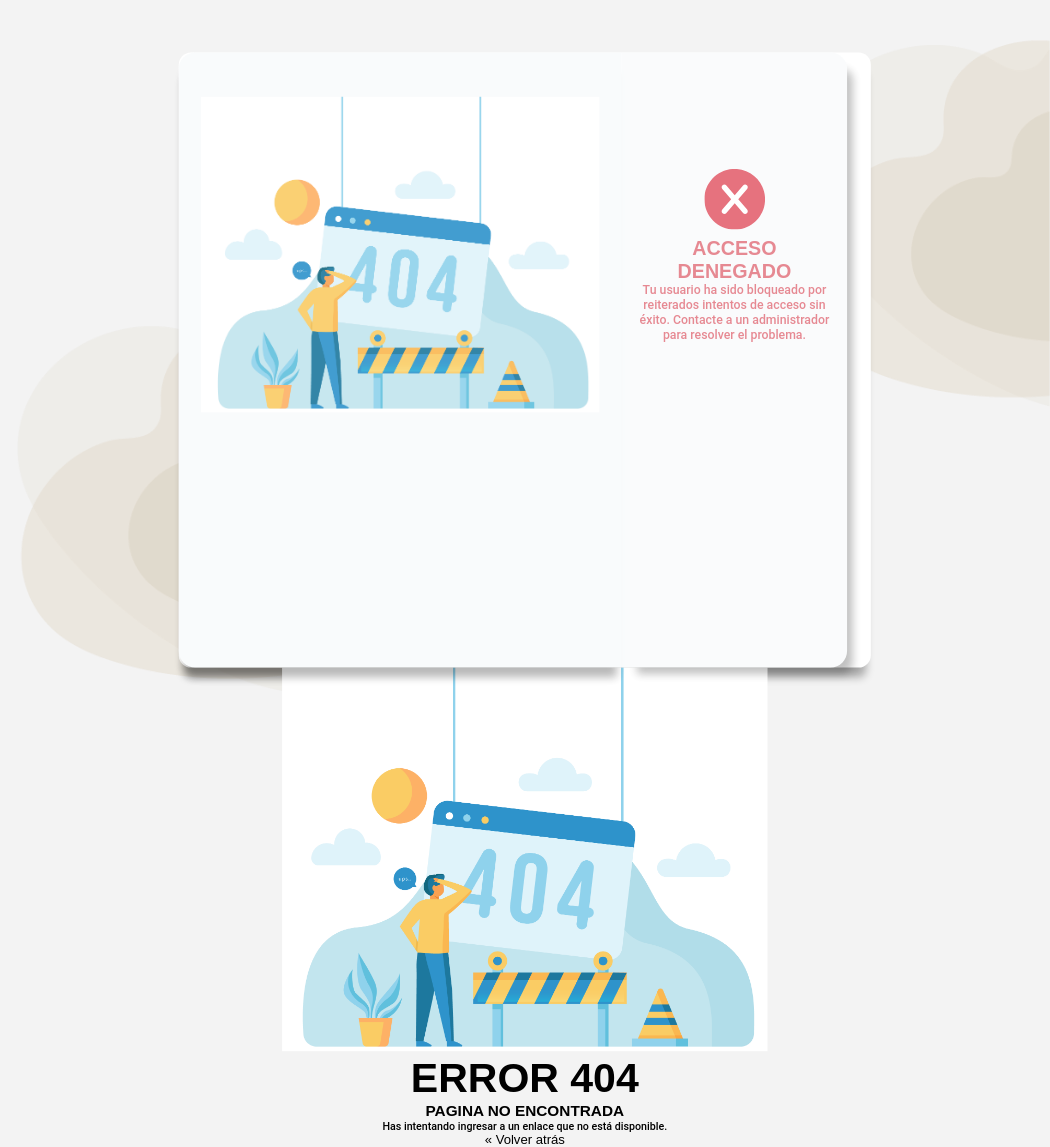
Repository: AlejandraBarrachina23/TPIntegrador_Barrachina_Java
Page: http://localhost/Alejandra_Barrachina_TP_Integrador1/error404.jsp
These files come from the project's save history. The page is drawn as it stood at one moment and after a run of saves; the edit follows.
The browser window is 1280 px wide. The pictures show the whole page, at 82% of full size.
Some web libraries are served in a nearby version. The page is served by Tomcat 9. Nobody is signed in. The application's start-up code is not run. Other server files are loaded and not shown.

Above is the page before, as saved 2019-12-19 12:53:08.

### Alejandra_Barrachina_TP_Integrador1/WebContent/error404.jsp

<%@ page language="java" contentType="text/html; charset=ISO-8859-1"
    pageEncoding="ISO-8859-1"%>
<!DOCTYPE html>
<html>
<head>
<meta charset="ISO-8859-1">

<script src="https://kit.fontawesome.com/735f5623c2.js"></script>
<link href="estilos.css" type="text/css" rel=stylesheet>
</head>
<body>

	<form id="form-login" method="post" action="index.jsp">
	<div id="form-login-left">
			<img src="img/fondo-error.png" alt="fondo-universidad">
		</div>
		<div id="form-login-right">
			<div id="login-informacion">
					<div id="form-advertencia">
						<img src="img/cancel.svg" alt="icono-advertencia" class="icono-advertencia">
						<h2>ACCESO DENEGADO</h2>
						<p>Tu usuario ha sido bloqueado por reiterados intentos de acceso sin éxito. Contacte a un administrador para resolver el problema.</p>
					</div>
			</div>
		</div>
	</form>


<div id="error-404">
		<img src="img/fondo-error.png" alt="icono-advertencia" class="">
		<h2>ERROR 404</h2>
		<h3>PAGINA NO ENCONTRADA</h3>
		<p>Has intentando ingresar a un enlace que no está disponible.</p>
		<a href="javascript:window.history.back();">&laquo; Volver atrás</a>
</div>

<script>
</script>
</body>
</html>

### Alejandra_Barrachina_TP_Integrador1/WebContent/estilos.css
@charset "ISO-8859-1";


* {
	padding:0px;
	margin:0px;
	border:0px;
}

body {
		background-color:#f3f3f3;
		background-image: url(iconos/fondo.png);
		background-repeat: no-repeat;
 		background-size: cover;


}

html,body{

margin:0px;

}


/*=============================================================
      FORMULARIO LOGIN
 ============================================================== */

 #error-404 {

 	background-color:#fff;
 	width:65;
 	height:750px;;
 	margin	: 5% 17%;
 	box-shadow: 0px 18px 10px -6px rgba(0,0,0,0.31);
 	text-align:center;
 	font-family: 'Francois One', sans-serif;
 	border-radius: 15px;

 }

 #error-404 a{

	color:black;

 }

  #error-404 img {

  width:70%;

  }

  #error-404 h2 {

  font-size:50px;
  }


 #login-avisos {

  	color:red;
  	margin-left:25%;
  	font-size:12px;
  }

 #recuperacion-aviso{
   	color:red;
  	margin-left:25%;
  	font-size:12px;
 }

 #form-login {

	width:65%;
 	margin	: 5% 17%;

}

#form-login-right, #form-login-left {


	height:750px;
	float:left;
	background-color:#F9FBFC;

}

#form-login-left {

	width:65%;
	border-top-left-radius: 20px;
	border-bottom-left-radius: 20px;
	box-shadow: 0px 18px 10px -6px rgba(0,0,0,0.31);
	opacity:0.9;
}

#form-login-left img {

	width:90%;
	padding	: 10% 5%;

}

#form-login-right {

	width:33%;
	border-top-right-radius: 20px;
	border-bottom-right-radius: 20px;
	box-shadow: 13px 14px 10px -6px rgba(0,0,0,0.31);
	opacity:0.8;

}


h1 {

		font-size:50px;
		font-family: 'Bebas Neue', cursive;
		color:#2C5060;
		margin-top:30%;
		text-align:center;
}

p, #form-login-right a {

	font-family: 'Roboto', sans-serif;
	font-weight: 500;
	font-size: 13px;
	color:black;
	text-align:center;
}

.text-box {

	border-bottom: 1px solid black;
	width:250px;
	text-align: center;
	margin-left:12%;
}

.text-box i {

	float:left;
	color: #2C5060;
	padding:7px;
}

#form-login-right [type="text"], #form-login-right [type="password"]{

	padding:5px;
	width:180px;
	border:none;
	outline:none;
	background-color:#FAFCFD;
	font-family: 'Oswald', sans-serif;

}

.main-button {

	background-color: #2C5060;
	color:white;
	width:35%;
	font-size:15px;
	border-style:none;
	padding:5px;
	border-radius: 15px;
	border: 0px solid #000000;
	box-shadow: 10px 10px 25px -13px rgba(0,0,0,0.75);
	font-family: 'Oswald', sans-serif;
	margin-left: 50%;

}

.main-button:hover {

	background-color: #1a6373;
}

.iconos-redes {

	width:5%;

}


#login-informacion {

	width:90%;
	padding:5%;

}


#login-informacion a{

	font-family: 'Oswald', sans-serif;
	font-size:15px;
	margin-left:48%;
}

#login-contacto{

	margin-top:50%;
	text-align:center;
}


#login-contacto p {

	font-size:18px;
	font-family: 'Oswald', sans-serif;

}

#login-recuperacion{

	padding-top:20%;
	text-align:center;

}

.restart-button{

	background-color: #2C5060;
	color:white;
	width:35%;
	font-size:15px;
	border-style:none;
	padding:5px;
	border-radius: 15px;
	border: 0px solid #000000;
	box-shadow: 10px 10px 25px -13px rgba(0,0,0,0.75);
	font-family: 'Oswald', sans-serif;

}

#form-advertencia {

	width:100%;
	text-align:center;
	margin-top:50%;
	color:#E16C78;
	font-family: 'Oswald', sans-serif;

}

.icono-advertencia{

	margin-top:15%;
	padding:2%;
	width:30%;
	margin: 0 auto;

}

#form-advertencia p {

	color:#E16C78;
	font-size: 15px;
}

.blue{

	color:#30A9E3;
}


 /*=======================
      FORMULARIO INDEX
 ========================= */

 .section-principal{

	float:left;
	height: 100vh;
	width:90%;
	background-color:#f3f3f3;
	color:black;
	text-align:center;
	margin-left:10%;
}

.section-principal select {

	font-family: 'Oswald', sans-serif;
	border:1px solid black;
	margin:5px;
	padding:2px;
	color:black;
}

.section-principal input{

	width:15%;
	padding:5px;
	border:1px solid black;
	font-family: 'Oswald', sans-serif;
}

.section-principal label{

	font-size:18px;
	font-family: 'Oswald', sans-serif;

}

.section-principal a{

	color:black;

}


nav {

	background-color:#2C5060;
	font-family: 'Francois One', sans-serif;
	width:10%;
	height: 100vh;
	font-size:15px;
	float:left;
	position:fixed;

}

 ul {

	list-sytle: none;
	width:100%;
}

a {

	text-decoration:none;
	color:white;

}

li:hover {

	border-left: solid 4px #2896BC;
	background-color: #2F5866;
	transition: background-color 0.3s;
	transition: border 0.3s;

}

ul li {

	border-left: solid 4px #2C5060;
	font-family: 'Oswald', sans-serif;
	padding:15px;
	border-bottom: 1px solid #2D5C6D;


}

.icon{

	width:13%;
	padding-right:5px;

}


#icon-usuario{

	width:40%;
}

li .icon{

	float:left;

}


#user {

	width:100%;
	margin-top:40%;
	text-align:center;
	padding: 10% 0%;
	border-bottom: 1px solid #2D5C6D;

}

#user h2{

	color:#fff;

}

#user p, #header-user p {

	font-size:15px;
	color:#fff;
	padding:8px;
	font-family: 'Oswald', sans-serif;
}

 /*=======================
      FORMULARIO ALUMNOS
 ========================= */


#logo{

	width:30%;
	height:150px;
	border-bottom: 1px solid white;
	color:white;
	text-align:center;
	margin-top:30px;
}

#alumnos-principal {

	background-color:#fff;
	width:83%;
	margin-left: 200px;
	height:300px;
	box-shadow: 10px 10px 25px -13px rgba(0,0,0,0.75);

}

#form-agregar-usuario {

	background-color: white;
	width:95%;
	height:200px;
	margin:20px;
	padding:10px;
	box-shadow: 10px 10px 25px -13px rgba(0,0,0,0.75);
	display: none;


}

#form-listado-alumnos,#form-cursos,#form-listado-calificaciones {

	background-color: white;
	width:97%;
	height: 100vh;
	margin:20px;
	padding:10px;
	box-shadow: 10px 10px 25px -13px rgba(0,0,0,0.75);

}

#form-cursos{

	background-color:#f3f3f3;
	box-shadow: none;
}

#btn-flecha {

	background-image: url("iconos/flecha.png");
	background-repeat: no-repeat;
	width:25px;
	height:25px;
	background-color:#2C5060;
	border: 0;
	float:right;

}

.dato {

	float:left;
	margin: 10px;
	width:23%;


}

.dato input {

		width: 200px;
		background: #f3f3f3;
		font: inherit;
		box-shadow: 0 6px 10px 0 rgba(0, 0, 0 , .1);
		border: 0;
		outline: 0;
		padding: 8px;

}

.encabezados {

	background-color:#2C5060;
	color:white;
	padding:10px;
	margin:10px;
	font-family: 'Oswald', sans-serif;

}



h3 {

	display:inline;

}

label {

	color:#2C5060;
	font-family: 'Open Sans', sans-serif;
	font-weight: 600;
	font-size: 10px;
}

.flecha {

	float:right;
}

.content-table{

	border-collapse:collapse;
	margin:20px 10px;
	font-size:0.9em;
	width:99%;
	min-width:600px;
	box-shadow: 7px 9px 23px -13px rgba(0,0,0,0.93);
	font-family: 'Roboto', sans-serif;

}

.content-table-cursos{

	border-collapse:collapse;
	margin:20px 10px;
	font-size:0.9em;
	width:50%;
	min-width:600px;
	box-shadow: 7px 9px 23px -13px rgba(0,0,0,0.93);
	font-family: 'Roboto', sans-serif;
}

.content-table th, .content-table-cursos {

	background-color:#2C5060;
	color:white;
	font-weight: 600;
	padding:12px;



}

.content-table tr,
.content-table td {

	padding:5px 5px;

}

.content-table td {

	border-bottom: 1px solid #dddddd;

}

.content-table tr:nth-of-type(even) {

	background-color:#f3f3f3;

}

.content-table tr:last-of-type {

	border-bottom: 3px solid #2C5060;

}

.content-table-cursos .content-fileter{

	width:50%;

}

.content-filter {

	background-color:#f3f3f3;
	width:100%;
	text-align:center;
	padding:10px;


}

.pie-pagina{

	float:left;
	margin-top:20px;
	text-align:right;
	width:100%;
}

 /*=======================
      FORMULARIO ALUMNOS
 ========================= */

#section-index{

	float:left;
	height: 100vh;
	width:100%;
	margin:1px 1px;
	text-align:center;


}

#index-encabezado{

	background-color:#2C5060;
	text-align:center;
	height:295px;
	width:100%;

}

#section-index img {

	width:50%;

}

#index-descripcion {

	box-shadow: 10px 10px 25px -13px rgba(0,0,0,0.75);
	font-family: 'Roboto', sans-serif;
	background-color:#fff;
}


#index-descripcion-encabezado{

	text-align:center;
	background-color:#fff;

}

#index-descripcion-encabezado img{

	width:50%;

}

#index-descripcion-encabezado h2{

	font-size:50px;
	font-family: 'Francois One', sans-serif;
	color:#2C5060;

}

#index-descripcion-encabezado p{

	font-size:15px;
	font-family: 'Francois One', sans-serif;
	color:#2C5060;

}

#index-descripcion-contenido{

	text-align:center;
	height:300px;
	margin-top:30px;
	padding-left:220px;
}

#index-descripcion-contenido-profesores{


	height:430px;
	width:100%;


}

#index-descripcion-contenido-profesores .index-item-descripcion{

	width:18%;
	height:300px;
	float:left;
	margin-left:40%;

}

.index-item-descripcion {

	width:18%;
	height:300px;
	float:left;
	margin:30px;

}

.index-item-descripcion img {

	width:40%;
	padding:0% 20%;
	margin:0% 5%;
}

.index-item-descripcion h3 {

	font-size:25px;
	font-family: 'Oswald', sans-serif;

}

.index-item-descripcion p {

	font-size:15px;

}

.btn-index {

	padding:10px;
	margin:10px 38px;
	background-color: #2C5060;
	font-family: 'Oswald', sans-serif;
	font-size:20px;
	color:#fff;
	width:60%;
	box-shadow: 10px 10px 25px -13px rgba(0,0,0,0.75);
	float:left;
	text-align:center;

}

.modal-fondo-accion {

	background: rgba(0,0,0,0.3);
	position:fixed;
	top:0;
	bottom:0;
	left:0;
	right:0;
	display:flex;
	align-items:center;
	justify-content:center;
	font-family: 'Francois One', sans-serif;
	visibility:hidden;
}

.modal-contenido-accion{

	background-color:#fff;
	box-shadow: 10px 10px 25px -13px rgba(0,0,0,0.75);
	width:15%;
	border-radius: 8px;
	padding-bottom: 15px;

}

#modal-fondo-accion .active{

	visibility:visible;
}


.accion-arriba{

	background-color: #3FC59D;
	padding:5% 0;
	width:100%;
}

.accion-abajo{

	background-color: #fff;
	padding:5% 0;
	width:100%;

}

.btn-accion-cerrar{

	background-color:blue;
	padding:2%;
	margin:3%;
	color:white;
}

.modal-contenido-accion img {

	width:25%;

}

.modal-fondo {

	background: rgba(0,0,0,0.3);
	position:fixed;
	top:0;
	bottom:0;
	left:0;
	right:0;
	display:flex;
	align-items:center;
	justify-content:center;
	visibility:hidden;

}

.modal-fondo.active{

	visibility:visible;
}

.modal-contenido {

	background-color:#fff;
	box-shadow: 10px 10px 25px -13px rgba(0,0,0,0.75);
	width:20%;
	border: 3px solid #2C5060;
	padding-bottom: 15px;
}

.modal-contenido .btn-modal {

	width:30%;
	color:white;
	background-color: #2C5060;
	font-size:20px;
	padding:5px;
	margin:5px;

}

.modal-contenido a {
	color:#fff;

}

.btn-modal-eliminar{

	width:30%;

	background-color: #2C5060;
	font-size:20px;
	padding:5px 25px;
	font-family: 'Oswald', sans-serif;
	margin:5px;
	border:1px solid black;

}

.modal-contenido [type="text"] {

	width:70%;
	font-size: 13px;
	margin-bottom:15px;

}

.modal-contenido h3 {

	font-size: 20px;
	font-family: 'Oswald', sans-serif;
	background-color:#2C5060;
	display:block;
	color:#fff;
	padding:8px;

}

.modal-contenido label {

	font-size: 15px;
	font-family: 'Roboto', sans-serif;
}

.modal-contenido select, .modal-contenido [type="date"], .modal-contenido [type="email"], .modal-contenido [type="number"] {

	font-family: 'Oswald', sans-serif;
	border:1px solid black;
	margin:5px;
	padding:2px;
	width:74%;
	padding:1%;
	color:black;

}

.modal-contenido [type="date"], .modal-contenido [type="email"], .modal-contenido [type="number"]{

	width:71%;

}

.opciones {

	color:black;
	background-color:#fff;

}

.btnFormulario {

	width:12%;
	padding:10px;
	font-size: 15px;
	font-family: 'Oswald', sans-serif;
	border-radius: 8px;
	background-color:#2C5060;
	color:white;
	float:right;
	border:0;
	margin:8px;
}

td .btn-modificar {

	width:22%;
	height:32px;
	background-image:url(iconos/modificar.png);
	background-repeat: no-repeat;
	border:none;
	background-color:inherit;
}

td .btn-eliminar {

	width:22%;
	height:32px;
	background-image:url(iconos/borrar.png);
	background-repeat: no-repeat;
	border:none;
	background-color:inherit;

}

td .btn-mostrar {

	width:12%;
	height:32px;
	background-color:blue;
	background-image:url(iconos/mostrar.png);
	background-repeat: no-repeat;
	border:none;
	background-color:inherit;
}

td .btn-calificaciones {

	width:12%;
	height:32px;
	background-image:url(iconos/notas.png);
	background-repeat: no-repeat;
	border:none;
	background-color:inherit;
}

/*=============================================================
      FORMULARIO CURSOS
 ============================================================== */

#form-curso-izquierda{

	background-color: #fff;
	width:38%;
	float:left;
	color:black;
	padding-left:5%;
	padding-right:5%;
	padding-bottom:5%;
	box-shadow: 10px 10px 25px -13px rgba(0,0,0,0.75);

}

#form-curso-derecha{

	width:38%;
	float:left;
	box-shadow: 10px 10px 25px -13px rgba(0,0,0,0.75);
	padding:5px 5%;
	margin-left:2%;
	background-color:#fff;

}

#form-curso-izquierda [type="text"], #form-curso-izquierda select{

	padding:5px;
	width:180px;
	background-color:#FAFCFD;
	font-family: 'Roboto', sans-serif;
	font-size: 12px;
	color:black;

}

#form-curso-izquierda label {

	font-size:18px;
	display: block;
	witdh:20px;
}

.form-cursos-encabezado-izquierda{

	background-color: #2C5060;
	width:100%;
	margin: 20px 0px;
	padding:1px;


}

.form-cursos-encabezado-izquierda h2{

	color:white;
	padding:2px;
	font-family: 'Oswald', sans-serif;
}

#form-curso-derecha #listado-alumnos {

	text-align:center;
	width:100%;

}

#form-curso-derecha #listado-alumnos li {

	font-size:15px;
	padding:0;
	width:20%;
	border:none;
	background-color:none;
	margin-left:40%;
	list-style: none;



}

#form-curso-derecha #listado-alumnos li:hover {

	background-color:white;
}

/*=============================================================
      FORMULARIO CALIFICACIONES
 ============================================================== */

.busqueda-califaciones{

	width:98%;
	margin:1%;
	box-shadow: 0px 18px 10px -6px rgba(0,0,0,0.31);
	background-color:#fff;
	padding-bottom:2%;

}

.busqueda-califaciones h2{

	width:99%;
	background-color:blue;
	color:#fff;
	background-color:#2C5060;
	font-family: 'Oswald', sans-serif;
	padding:0.5%;
	margin-bottom:1%;

}

#form-listado-calificaciones h2{

	color:#fff;
	background-color:#2C5060;
	font-family: 'Oswald', sans-serif;
	width:99%;
	padding:0.5%;

}


/*=============================================================
      FORMULARIO REPORTES
 ============================================================== */


#form-reportes{

	background-color: #f3f3f3;
	width:97%;
	height:970px;
	margin:20px;
	padding:10px;

}

#form-reportes-fila-uno{

	width:85%;
	height: 25vh;
	padding-left: 15%;
	overflow:hidden;


}

.fila-uno-items{

	width:15%;
	height:20vh;
	float:left;
	margin:1%;
	box-shadow: 0px 18px 10px -6px rgba(0,0,0,0.31);
	background-color:#fff;
	padding:1%;
	border-radius:10px;

}

.fila-uno-items img {

	width:40%;
	padding:3%;


}

.fila-uno-items h2 {

	font-family: 'Oswald', sans-serif;
	font-size:20px;

}

.fila-uno-items p {

	font-size:25px;
	font-family: 'Francois One', sans-serif;
	color:#2C5060;

}

.fila-uno-items-pie{

	padding:2%;
	margin-left:25%;
}

.fila-uno-items-pie img {

	width:12%;
	float:left;
}


.fila-uno-items-pie p {

	font-size:20px;
	float:left;

}

#form-reportes-fila-dos{

	width:100%;
	margin-top:3%;
	height:500px;


}

.form-reportes-graficos{

	width:25%;
	background-color:#fff;
	float:left;
	box-shadow: 0px 18px 10px -6px rgba(0,0,0,0.31);
	margin:3% 1%;
	padding:3%;
	border-radius:5px;
}

.form-reportes-graficos h3 {

	font-family: 'Oswald', sans-serif;
	margin:5%;
}

#form-reportes-fila-dos h2, #form-reportes-fila-tres h2{

	font-family: 'Oswald', sans-serif;
	background-color:#2C5060;
	height: 3vh;
	color:white;
	width:99.5%;
	padding:0.5%;

}

.fila-uno-items-pie{

	border-top: 1px solid #f3f3f3;

}

#form-reportes-fila-tres {

	width:100%;
	heigth:300px;
	overflow:hidden;

}

.reporte-fila-tres-promedio{

	width:39%;
	float:left;
	text-align:center;
	margin:0.5%;
	background-color:#fff;
	box-shadow: 0px 18px 10px -6px rgba(0,0,0,0.31);
	padding:0.5% 5%;

}

.reporte-fila-tres-promedio h3{

	font-family: 'Oswald', sans-serif;
}

#form-reportes-fila-tres .content-table {

	width:100%;
	float:left;
	padding:20px;
	margin:3% 6%;

}

.resultado-busqueda{

	width:98%;
	heigth:500px;
	background-color:#fff;
	overflow:hidden;
	margin-left:1%;
}

.resultado-busqueda-asistencias{

	width:98%;
	heigth:500px;
	overflow:hidden;
	margin-left:1%;

}

.tabla-resultado-busqueda{

	width:60%;
	float:left;
	margin: 1% 20%;

}

.resultado-busqueda-asistencias .tabla-resultado-busqueda{

	width:30%;
	float:left;
	margin: 1% 20%;
}


.titulos {

	background-color:#2C5060;
	color:#fff;
	padding:0.5%;
	font-family: 'Oswald', sans-serif;

}

.form-reportes-graficos-asistencias{

	width:30%;
}


.form-reportes-graficos-asistencias h3{

	font-family: 'Oswald', sans-serif;
}

.resultado-busqueda-asistencias .graficos-resultado-busqueda .form-reportes-graficos-asistencias{

	margin-left:35%;
	margin-top:1%;
}

.resultado-busqueda-asistencias .tabla-resultado-busqueda{

	margin-left:32%;
	margin-top:1%;
}

### Alejandra_Barrachina_TP_Integrador1/WebContent/img/cancel.svg
<?xml version="1.0" encoding="iso-8859-1"?>
<!-- Generator: Adobe Illustrator 19.0.0, SVG Export Plug-In . SVG Version: 6.00 Build 0)  -->
<svg version="1.1" id="Layer_1" xmlns="http://www.w3.org/2000/svg" xmlns:xlink="http://www.w3.org/1999/xlink" x="0px" y="0px"
	 viewBox="0 0 496.158 496.158" style="enable-background:new 0 0 496.158 496.158;" xml:space="preserve">
<path style="fill:#E04F5F;" d="M496.158,248.085c0-137.021-111.07-248.082-248.076-248.082C111.07,0.003,0,111.063,0,248.085
	c0,137.002,111.07,248.07,248.082,248.07C385.088,496.155,496.158,385.087,496.158,248.085z"/>
<path style="fill:#FFFFFF;" d="M277.042,248.082l72.528-84.196c7.91-9.182,6.876-23.041-2.31-30.951
	c-9.172-7.904-23.032-6.876-30.947,2.306l-68.236,79.212l-68.229-79.212c-7.91-9.188-21.771-10.216-30.954-2.306
	c-9.186,7.91-10.214,21.77-2.304,30.951l72.522,84.196l-72.522,84.192c-7.91,9.182-6.882,23.041,2.304,30.951
	c4.143,3.569,9.241,5.318,14.316,5.318c6.161,0,12.294-2.586,16.638-7.624l68.229-79.212l68.236,79.212
	c4.338,5.041,10.47,7.624,16.637,7.624c5.069,0,10.168-1.749,14.311-5.318c9.186-7.91,10.22-21.77,2.31-30.951L277.042,248.082z"/>
<g>
</g>
<g>
</g>
<g>
</g>
<g>
</g>
<g>
</g>
<g>
</g>
<g>
</g>
<g>
</g>
<g>
</g>
<g>
</g>
<g>
</g>
<g>
</g>
<g>
</g>
<g>
</g>
<g>
</g>
</svg>

After the next 2 saves:
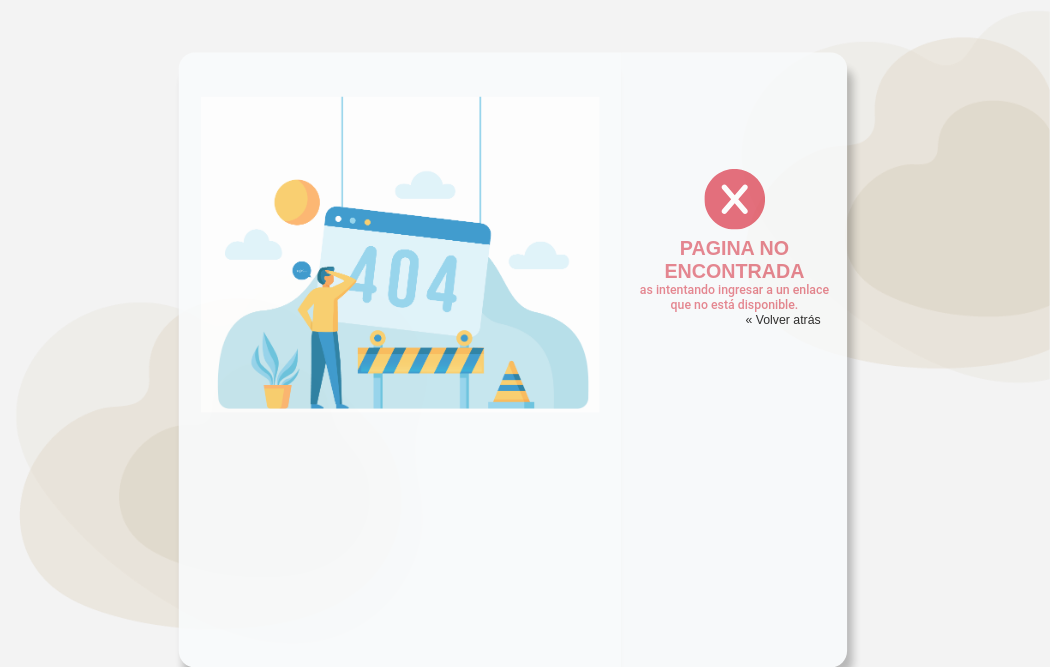
The 2 saves are shown as one change because they came seconds apart.
The last was saved 30 s later.
--- a/Alejandra_Barrachina_TP_Integrador1/WebContent/error404.jsp
+++ b/Alejandra_Barrachina_TP_Integrador1/WebContent/error404.jsp
@@ -19,22 +19,13 @@
 			<div id="login-informacion">
 					<div id="form-advertencia">
 						<img src="img/cancel.svg" alt="icono-advertencia" class="icono-advertencia">
-						<h2>ACCESO DENEGADO</h2>
-						<p>Tu usuario ha sido bloqueado por reiterados intentos de acceso sin éxito. Contacte a un administrador para resolver el problema.</p>
+						<h2>PAGINA NO ENCONTRADA</h2>
+						<p>as intentando ingresar a un enlace que no está disponible.</p>
+						<a href="javascript:window.history.back();">&laquo; Volver atrás</a>
 					</div>
 			</div>
 		</div>
 	</form>
-
-
-<div id="error-404">
-		<img src="img/fondo-error.png" alt="icono-advertencia" class="">
-		<h2>ERROR 404</h2>
-		<h3>PAGINA NO ENCONTRADA</h3>
-		<p>Has intentando ingresar a un enlace que no está disponible.</p>
-		<a href="javascript:window.history.back();">&laquo; Volver atrás</a>
-</div>
-
 <script>
 </script>
 </body>
